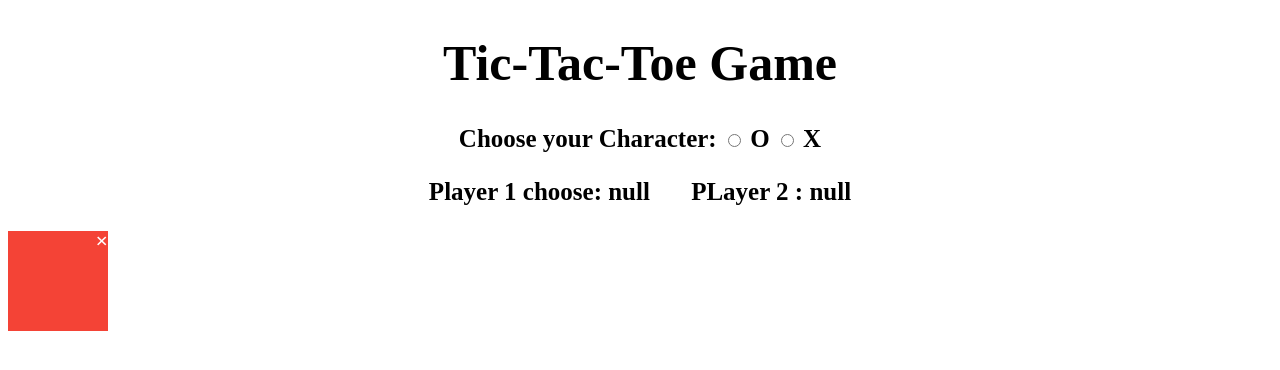
Repository: 0101chaitanya/Tic-Tac-Toe
Page: index.html
An editor plug-in stored every save of this project. The page is shown before and after the next save, followed by the edit.
The browser window is 1280 px wide. The pictures show the whole page.

Above is the page before, as saved 2021-06-11 21:19:15.

After the next save:
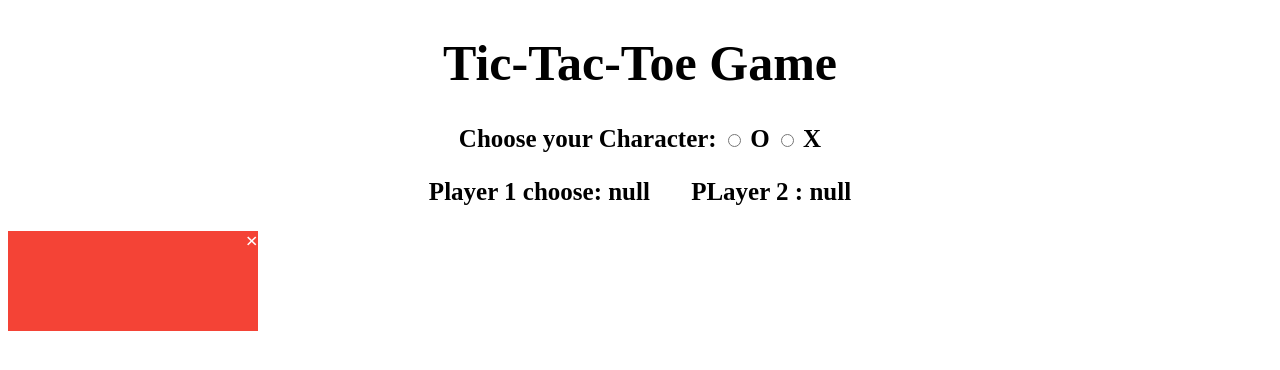
Saved 4 s later.
--- a/styles.css
+++ b/styles.css
@@ -76,7 +76,7 @@ label>input {
 }
 #ResultBox {
     height: 4rem;
-    width: 4rem;
+    width: 10rem;
     background-color: #f44336;
     color: white;
     opacity: 1;
